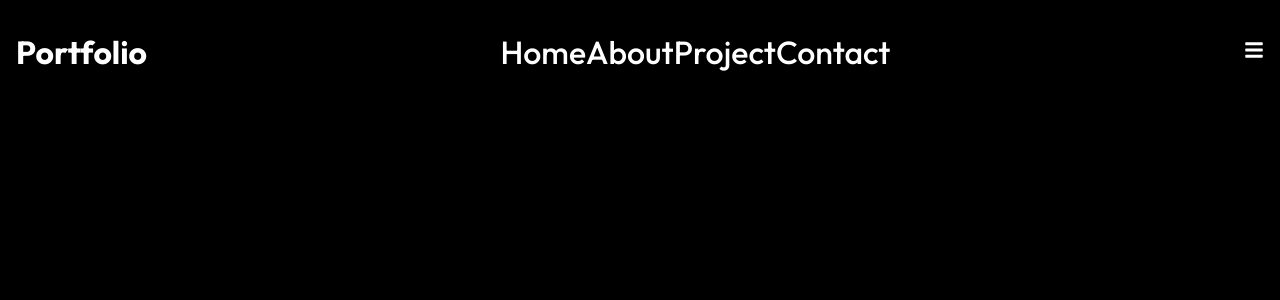
Repository: Hrishabhsinghai/Portfolio
Page: /
These files come from the project's save history. The page is drawn as it stood at one moment and after the next save; the edit follows.
The browser window is 1280 px wide. The pictures show the whole page.
The project was rebuilt for these pictures with package versions that can differ from the ones it lists, and the page was loaded fresh each time. Also part of the build but not shown: src/routes/About.js, src/routes/Project.js, src/routes/Contact.js.

Above is the page before, as saved 2023-12-31 21:22:43.

### src/index.css
@import url("https://fonts.googleapis.com/css2?family=Orbitron&family=Outfit:wght@100;200;300;400;500;600;700;800;900&display=swap");
* {
  box-sizing: border-box;
  margin: 0;
  padding: 0;
  font-family: "Outfit", sans-serif;
}

body {
  background: black;
}

h1,
h4,
p,
a {
  color: #fff;
  text-decoration: none;
}

ul {
  list-style-type: none;
}

.btn {
  padding: 12px 32px;
  font-size: 1rem;
  text-transform: uppercase;
  background: rgb(rgb(217, 255, 0), green, blue);
  color: #222;
  border: 1px solid #fff;
  font-weight: 600;
  cursor: pointer;
}

.btn-light {
  background: transparent;
  color: #fff;
}

.btn-hover {
  background: rgba(255, 255, 255, 0.2);
  color: #fff;
  transition: 0.3;
}

### src/App.js
import "./index.css";
import Home from "./routes/Home";
import About from "./routes/About";
import Project from "./routes/Project";
import Contact from "./routes/Contact";
import { Route, Routes } from "react-router-dom";

function App() {
  return (
    <>
      <Routes>
        <Route path="/" element={<Home />} />{" "}
        <Route path="/project" element={<Project />} />{" "}
        <Route path="/About" element={<About />} />{" "}
        <Route path="/Contact" element={<Contact />} />{" "}
      </Routes>{" "}
    </>
  );
}

export default App;

### src/components/Navbar.js
import { Link } from "react-router-dom";
import "./NavbarStyles.css";

import React from "react";

import { FaBars } from "react-icons/fa";

const Navbar = () => {
  return (
    <div className="header">
      <Link to="/">
        {" "}
        <h1> Portfolio </h1>{" "}
      </Link>{" "}
      <ul className="nav-menu">
        <li>
          <Link to="/"> Home </Link>{" "}
        </li>{" "}
        <li>
          <Link to="/About"> About </Link>{" "}
        </li>{" "}
        <li>
          <Link to="/Project"> Project </Link>{" "}
        </li>{" "}
        <li>
          <Link to="/Contact"> Contact </Link>{" "}
        </li>{" "}
      </ul>{" "}
      <div className="hamburger">
        <FaBars size={20} style={{ color: "#fff" }} />{" "}
      </div>{" "}
    </div>
  );
};

export default Navbar;

### src/components/NavbarStyles.css
.nav-menu {
  display: flex;
}

.nav-menu li {
  padding: 0 1rem;
}

.nav-menu li a {
  font-size: 1.2rem;
  font-weight: 500;
}

@media screen and (max-width: 1040px) {
  .nav-menu {
    flex-direction: column;
    justify-content: center;
    align-items: center;
    width: 100%;
    height: 100vh;
    background: rgba(0, 0, 0, 0.9);
    position: absolute;
    top: 0;
    left: 0;
    z-index: -3;
  }
}

.nav-menu li {
  padding: 1rem 0;
}

.nav-menu li a {
  font-size: 2rem;
}

.header {
  display: flex;
  justify-content: space-between;
  align-items: center;
  padding: 1rem;
}

Loaded but not shown: public/index.html (common file); src/index.js (common file); src/routes/Home.js (common file)

After the next save:
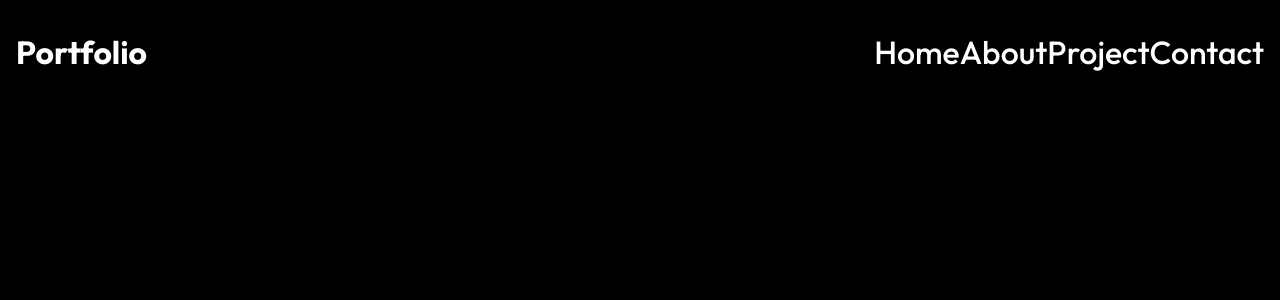
Saved 2 min 7 s later.
--- a/src/components/NavbarStyles.css
+++ b/src/components/NavbarStyles.css
@@ -9,6 +9,10 @@
 .nav-menu li a {
   font-size: 1.2rem;
   font-weight: 500;
+}
+
+.hamburger {
+  display: none;
 }
 
 @media screen and (max-width: 1040px) {
